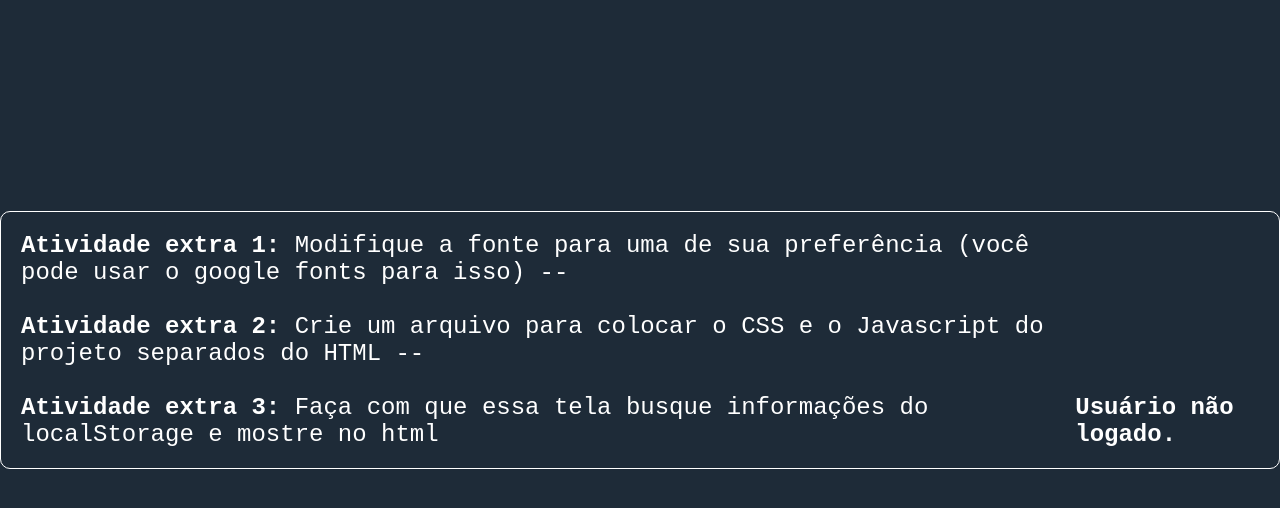
Repository: Gabrielb0rn/login-redes
Page: desafio-extra.html
These files come from the project's save history. The page is drawn as it stood at one moment and after the next save; the edit follows.
The browser window is 1280 px wide. The pictures show the whole page.

Above is the page before, as saved 2024-09-11 12:01:33.

### desafio-extra.html
<!DOCTYPE html>
<html lang="pt-br">
<head>
    <meta charset="UTF-8">
    <meta name="viewport" content="width=device-width, initial-scale=1.0">
    <title>Senai Login</title>
    <link href="https://fonts.googleapis.com/css2?family=Roboto:wght@400;700&display=swap" rel="stylesheet">
    <link rel="stylesheet" href="assets/extra.css">
</head>
<body class="center-page">
  <div class="containter-betwen">
    <div>
      <p><b>Atividade extra 1:</b> Modifique a fonte para uma de sua preferência (você pode usar o google fonts para isso) --</p>
      <br>
      <p><b>Atividade extra 2:</b> Crie um arquivo para colocar o CSS e o Javascript do projeto separados do HTML --</p>
      <br>
      <p><b>Atividade extra 3:</b> Faça com que essa tela busque informações do localStorage e mostre no html </p>
    </div>
  </div>
  <script src="assets/extra.js"></script>
</body>
</html>

### assets/extra.css
* {
    margin: 0;
    font-size: 24px;
}

body{
    font-family: 'Courier New', Courier, monospace;
}

.center-page {
    display: flex;
    justify-content: center;
    align-items: center;
    height: 100vh;
    background-color: #1e2b38;
    color: #fff;
}

input {
    background-color: #17212B;
    border: 1px solid #1e2b38;
    color: #fff;
    padding: 7px;
    border-radius: 5px;
}

button {
    background-color: #fff;
    padding: 7px;
    border-radius: 50px;
    color: #000;
    border: 1px solid #444;
    width: 100px;
    cursor: pointer;
}

.btn-transparent {
  background-color: #ffffff00;
  color: #FFF;
  border: none;
  font-weight: 600;
}
.center {
  display: flex;
  justify-content: center;
  align-items: center;
}
.containter-betwen {
  display: flex;
  align-items: flex-end;
  margin-bottom: 40px;
  justify-content: space-between;
  padding: 20px;
  border-radius: 10px;
  border: 1px solid #fff;
}

### assets/extra.js
window.onload = function() {
    const loginData = JSON.parse(localStorage.getItem('login'));

    if (loginData && loginData.name) {
        const userInfo = document.createElement('p');
        userInfo.innerHTML = `<b>Bem-vindo:</b> ${loginData.name}`;

        document.querySelector('.containter-betwen').appendChild(userInfo);
    } else {
        const userInfo = document.createElement('p');
        userInfo.innerHTML = `<b>Usuário não logado.</b>`;
        document.querySelector('.containter-betwen').appendChild(userInfo);
    }
}

After the next save:
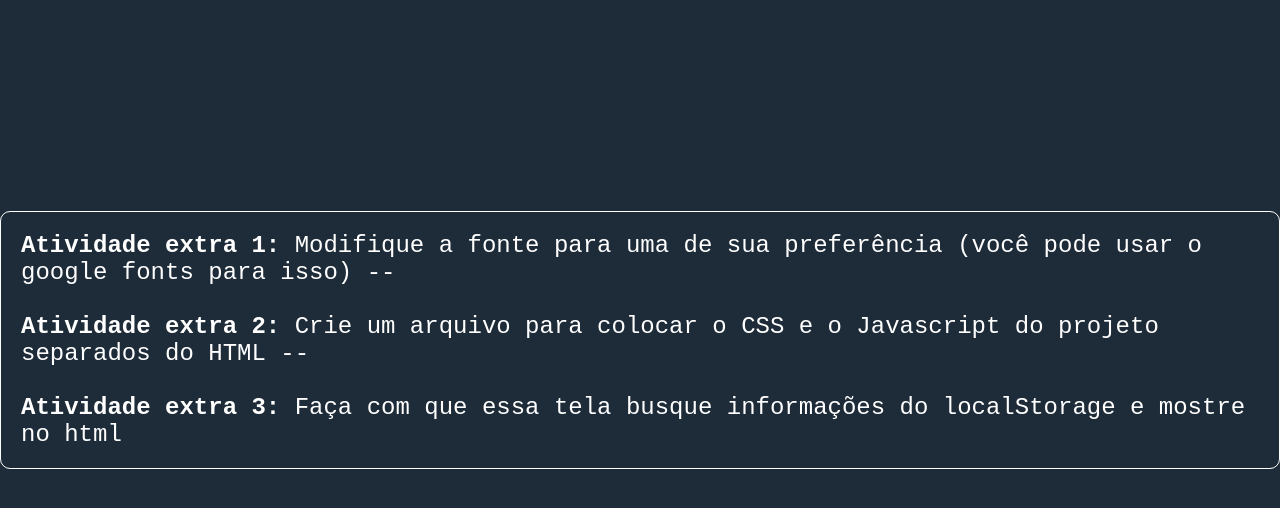
Console error: TypeError: Cannot set properties of null (setting 'innerHTML')
Saved 2 min 25 s later.
--- a/assets/extra.js
+++ b/assets/extra.js
@@ -1,14 +1,12 @@
 window.onload = function() {
+    // Busca as informações do localStorage
     const loginData = JSON.parse(localStorage.getItem('login'));
 
+    // Verifica se o login existe
     if (loginData && loginData.name) {
-        const userInfo = document.createElement('p');
-        userInfo.innerHTML = `<b>Bem-vindo:</b> ${loginData.name}`;
-
-        document.querySelector('.containter-betwen').appendChild(userInfo);
+        // Atualiza o conteúdo do parágrafo com o nome do usuário
+        document.getElementById('user-info').innerHTML = `<b>Usuário:</b> ${loginData.name}`;
     } else {
-        const userInfo = document.createElement('p');
-        userInfo.innerHTML = `<b>Usuário não logado.</b>`;
-        document.querySelector('.containter-betwen').appendChild(userInfo);
+        document.getElementById('user-info').innerHTML = `<b>Nenhum usuário logado.</b>`;
     }
 }
